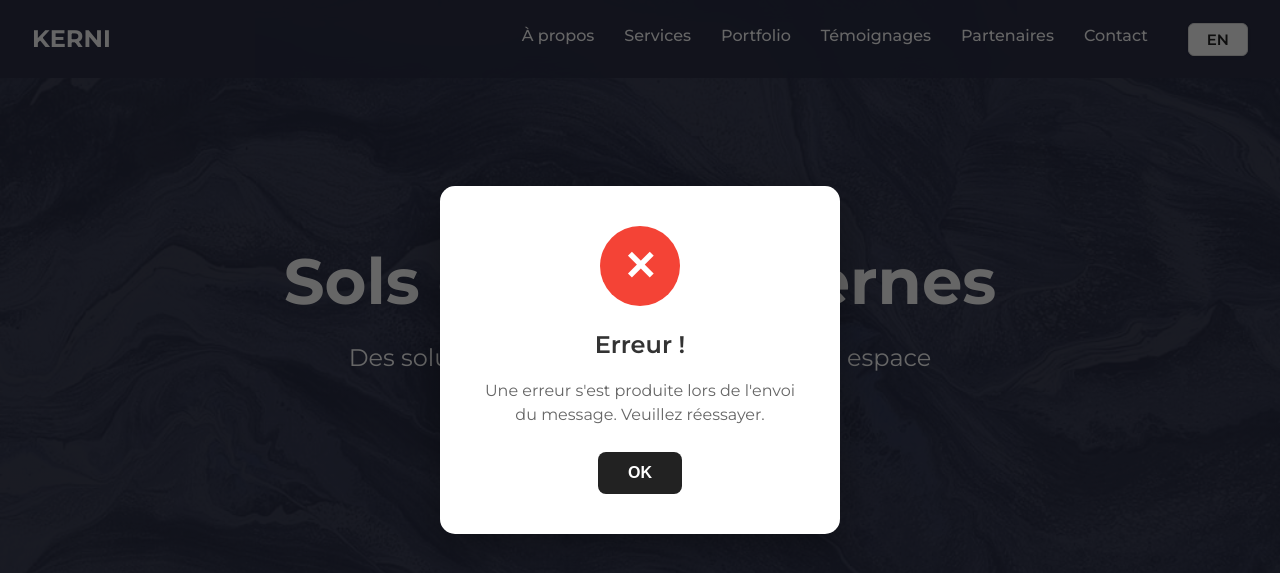
Repository: kerni-ca/kerni-ca
Page: index.html
These files come from the project's save history. The page is drawn as it stood at one moment and after the next save; the edit follows.
The browser window is 1280 px wide. The pictures show the window.
Empty fields were first filled with sample values (such as "Sample", 5 or name@example.com).
After loading, the first visible `form.contact-form` was submitted once.
The page's requests for data from a server got no answer. A layer covers the whole window, so only the first screen is drawn. Backgrounds fixed to the window are drawn as part of the page.

Above is the page before, as saved 2025-07-04 15:30:48.
Console error: ReferenceError: updateTranslations is not defined

After the next save:
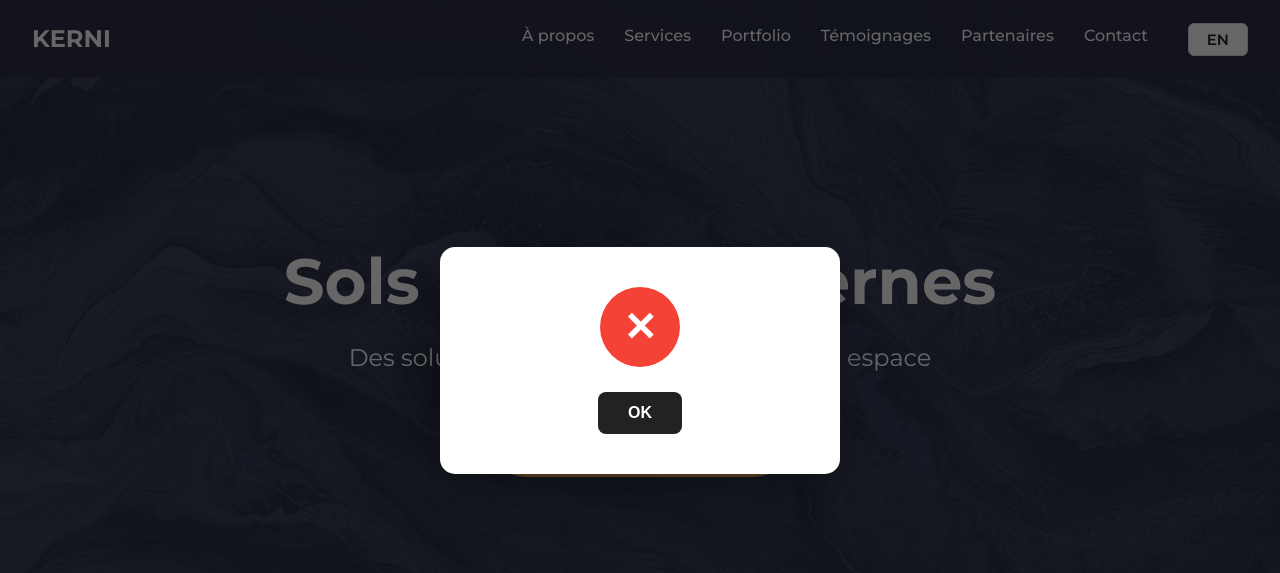
Saved 19 s later.
--- a/script.js
+++ b/script.js
@@ -222,16 +222,12 @@ async function handleFormSubmit(event) {
   try {
     await sendToTelegram(data);
     console.log('7. Message sent successfully!');
-    const successTitle = window.i18nDict['notification_success_title'] || 'Успешно!';
-    const successMessage = window.i18nDict['notification_success_message'] || 'Ваше сообщение отправлено успешно.';
-    showNotification('success', successTitle, successMessage);
+    showNotification('success');
     form.reset();
   } catch (error) {
     console.error('8. Error occurred:', error);
     console.error('Error message:', error.message);
-    const errorTitle = window.i18nDict['notification_error_title'] || 'Ошибка!';
-    const errorMessage = window.i18nDict['notification_error_message'] || 'Произошла ошибка при отправке сообщения. Попробуйте еще раз.';
-    showNotification('error', errorTitle, errorMessage);
+    showNotification('error');
   }
 }
 
